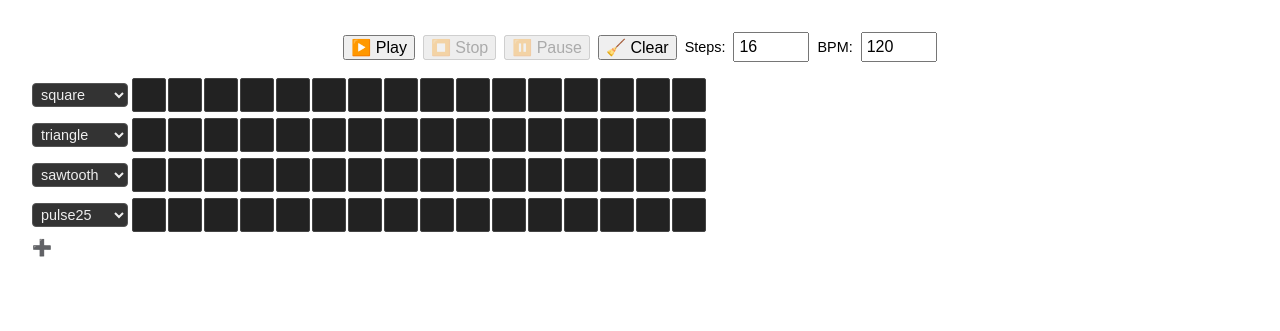
Repository: Aldentec/8-bit-Composer
Page: index.html
These files come from the project's save history. The page is drawn as it stood at one moment and after the next save; the edit follows.
The browser window is 1280 px wide. The pictures show the whole page.
Some web libraries are served in a nearby version.

Above is the page before, as saved 2025-05-28 09:32:14.

After the next save:
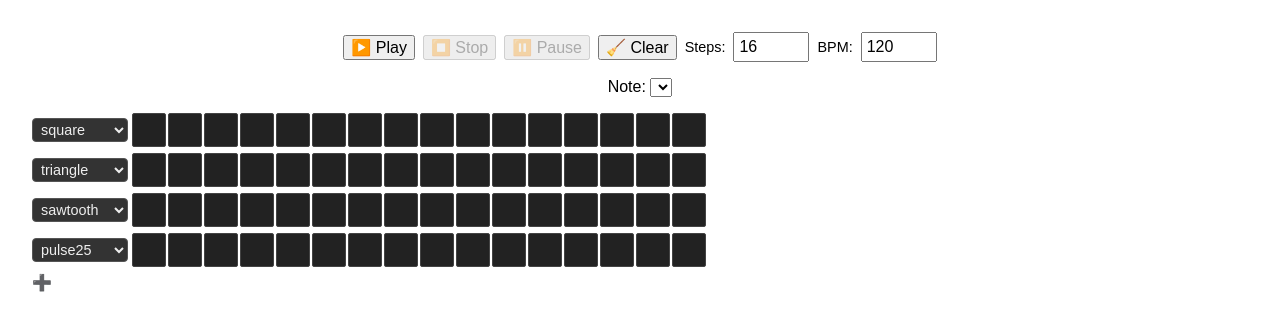
Saved 3 min 42 s later.
--- a/index.html
+++ b/index.html
@@ -19,8 +19,12 @@
         <input id="bpm-input" type="number" min="1" max="300" value="120" style="width:4rem;">
     </div>
 
+    <div id="note-picker-container">
+        <label for="note-input">Note:</label>
+        <select id="note-input"></select>
+    </div>
 
-  <div id="grid"></div>
+    <div id="grid"></div>
 
   <!-- Tone.js as global, then our modules -->
   <script src="node_modules/tone/build/Tone.js"></script>
